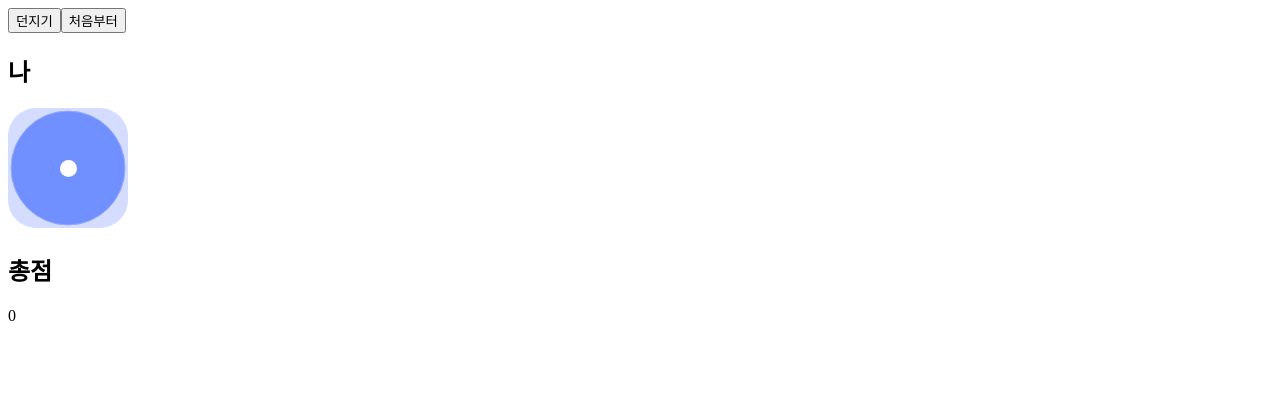
Repository: songjiwon17/React_study
Page: /
An editor plug-in stored every save of this project. The page is shown before and after the next save, followed by the edit.
The browser window is 1280 px wide. The pictures show the whole page.
The project was rebuilt for these pictures with package versions that can differ from the ones it lists, and the page was loaded fresh each time.

Above is the page before, as saved 2023-09-15 20:51:42.

### public/index.html
<!DOCTYPE html>
<html lang="ko">
  <head>
    <meta charset="utf-8" />
    <title>주사위게임</title>
  </head>
  <body>
    <div id="root"></div>
  </body>
</html>

### src/index.js
import ReactDOM from 'react-dom/client';
import Dice from './Dice';
import App from './App';

const root = ReactDOM.createRoot(document.getElementById('root'));
root.render(
    <App></App>
);

### src/Dice.js
import diceBlue01 from "./assets/dice-blue-1.svg";
import diceBlue02 from "./assets/dice-blue-2.svg";
import diceBlue03 from "./assets/dice-blue-3.svg";
import diceBlue04 from "./assets/dice-blue-4.svg";
import diceBlue05 from "./assets/dice-blue-5.svg";
import diceBlue06 from "./assets/dice-blue-6.svg";
import diceRed01 from "./assets/dice-red-1.svg";
import diceRed02 from "./assets/dice-red-2.svg";
import diceRed03 from "./assets/dice-red-3.svg";
import diceRed04 from "./assets/dice-red-4.svg";
import diceRed05 from "./assets/dice-red-5.svg";
import diceRed06 from "./assets/dice-red-6.svg";

const DICE_IMAGES = {
    blue: [diceBlue01, diceBlue02, diceBlue03, diceBlue04, diceBlue05, diceBlue06],
    red: [diceRed01, diceRed02, diceRed03, diceRed04, diceRed05, diceRed06]
};

function Dice({color = "blue" ,num = 1}){
    const src = DICE_IMAGES[color][num -1];
    const alt = `${color} ${num}`;
    return <img src={src} alt={alt}/>;
}
export default Dice;

### src/App.js
import { useState } from "react";
import Button from "./Button";
import Dice from "./Dice";

function random(n){
    return Math.ceil(Math.random() * n);
}

function App(){
    const [num, setNum] = useState(1);
    const [sum, setSum] = useState(0);
    const [gameHistory, setGameHistory] = useState([]);


    const handleRollClick = ()=>{
        const nextNum = random(6);
        setNum(nextNum);
        setSum(sum + nextNum);
        gameHistory.push(nextNum);
        setGameHistory(gameHistory);

    }
    const handleClearClick = () =>{
        setNum(1);
        setSum(0);
        setGameHistory([]);
    }

    return(
        <div>
            <div>
                <Button onClick={handleRollClick}>던지기</Button>
                <Button onClick={handleClearClick}>처음부터</Button>
            </div>
            <div>
                <h2>나</h2>
                <Dice color="blue" num = {num}/>
                <h2>총점</h2>
                <p>{sum}</p>
            </div>

        </div>
    )
}

export default App;

### src/Button.js
function Button({children ,onClick}){
    return <button onClick={onClick}>{children}</button>
}
export default Button;

After the next save:
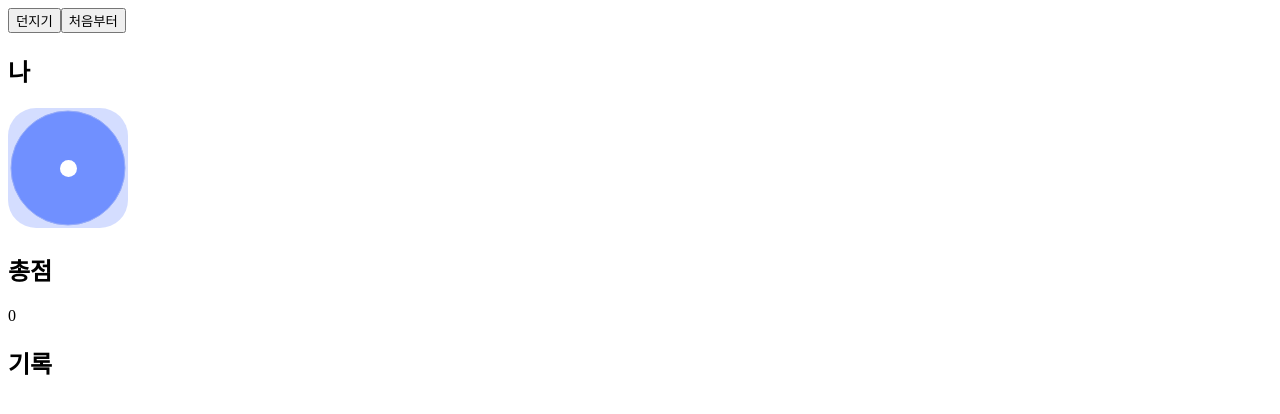
Saved 68 s later.
--- a/src/App.js
+++ b/src/App.js
@@ -37,6 +37,8 @@ function App(){
                 <Dice color="blue" num = {num}/>
                 <h2>총점</h2>
                 <p>{sum}</p>
+                <h2>기록</h2>
+                <p>{gameHistory.join(',')}</p>
             </div>
 
         </div>
